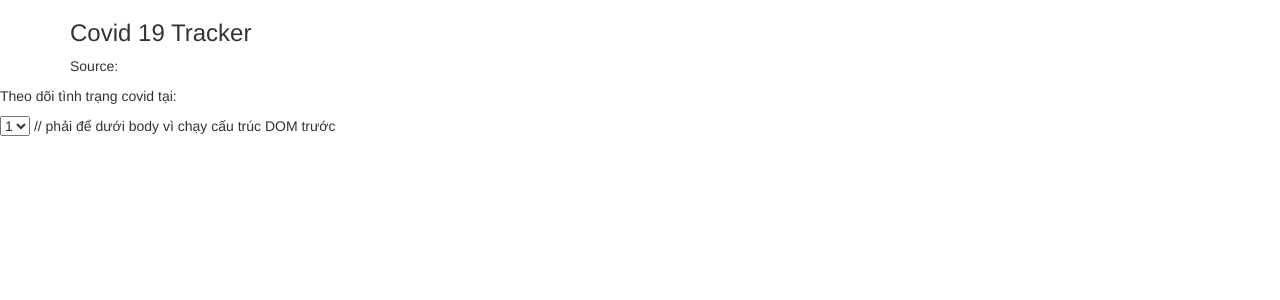
Repository: critdang/electro_store
Page: javascript_project/covid_tracker/index.html
An editor plug-in stored every save of this project. The page is shown before and after the next save, followed by the edit.
The browser window is 1280 px wide. The pictures show the whole page.

Above is the page before, as saved 2021-09-22 23:47:48.
Console error (its wording comes from the project's code and is left out).

After the next save:
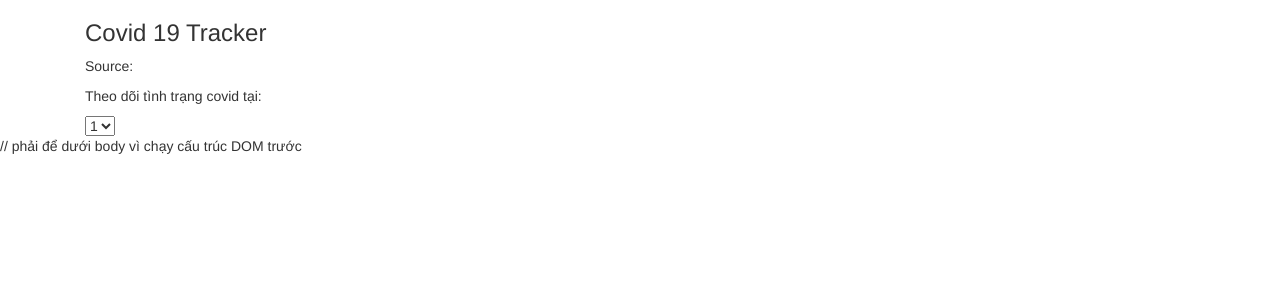
Saved 56 s later.
--- a/javascript_project/covid_tracker/index.html
+++ b/javascript_project/covid_tracker/index.html
@@ -14,13 +14,16 @@
 </head>
 <body>
     <div class ="container">
-    <h3>Covid 19 Tracker</h3>
-    <p> Source: <a href="https://github.com/ExpDev07/coronavirus-tracker-api"></a></p>
+        <div class="col-md-12">
+        <h3>Covid 19 Tracker</h3>
+        <p> Source: <a href="https://github.com/ExpDev07/coronavirus-tracker-api"></a></p>
+
+        <p>Theo dõi tình trạng covid tại: <div id:"title"></div></p>
+        <select>
+            <option>1</option>
+        </select>
+        </div>
     </div>
-    <p>Theo dõi tình trạng covid tại: <div id:"title"></div></p>
-    <select>
-        <option>1</option>
-    </select>
 </body>
 <!-- Latest compiled and minified JavaScript -->
 <script src="https://maxcdn.bootstrapcdn.com/bootstrap/3.3.7/js/bootstrap.min.js" integrity="sha384-Tc5IQib027qvyjSMfHjOMaLkfuWVxZxUPnCJA7l2mCWNIpG9mGCD8wGNIcPD7Txa" crossorigin="anonymous"></script>
